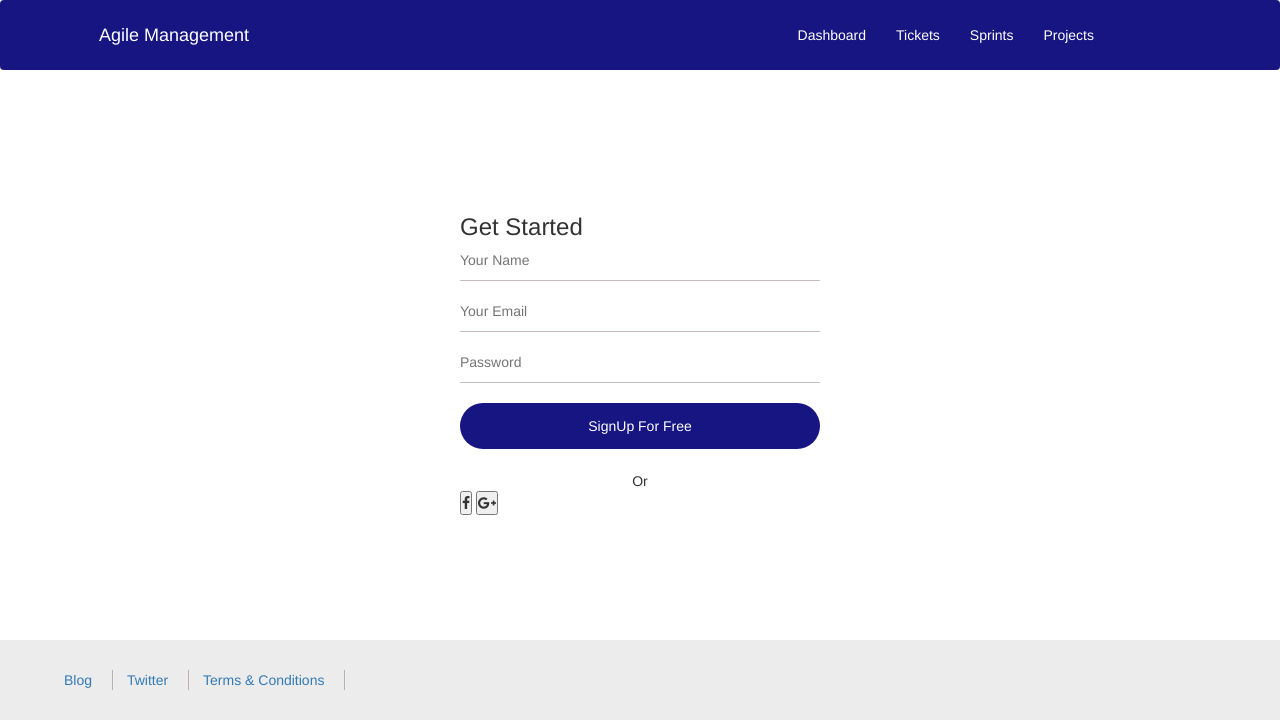
Repository: princexavier/agil
Page: http://localhost/Agile/
These files come from the project's save history. The page is drawn as it stood at one moment and after the next save; the edit follows.
The browser window is 1280 px wide. The pictures show the whole page.
Some web libraries are served in a nearby version. The page is served by Tomcat 9.

Above is the page before, as saved 2018-01-19 04:57:09.

After the next save:
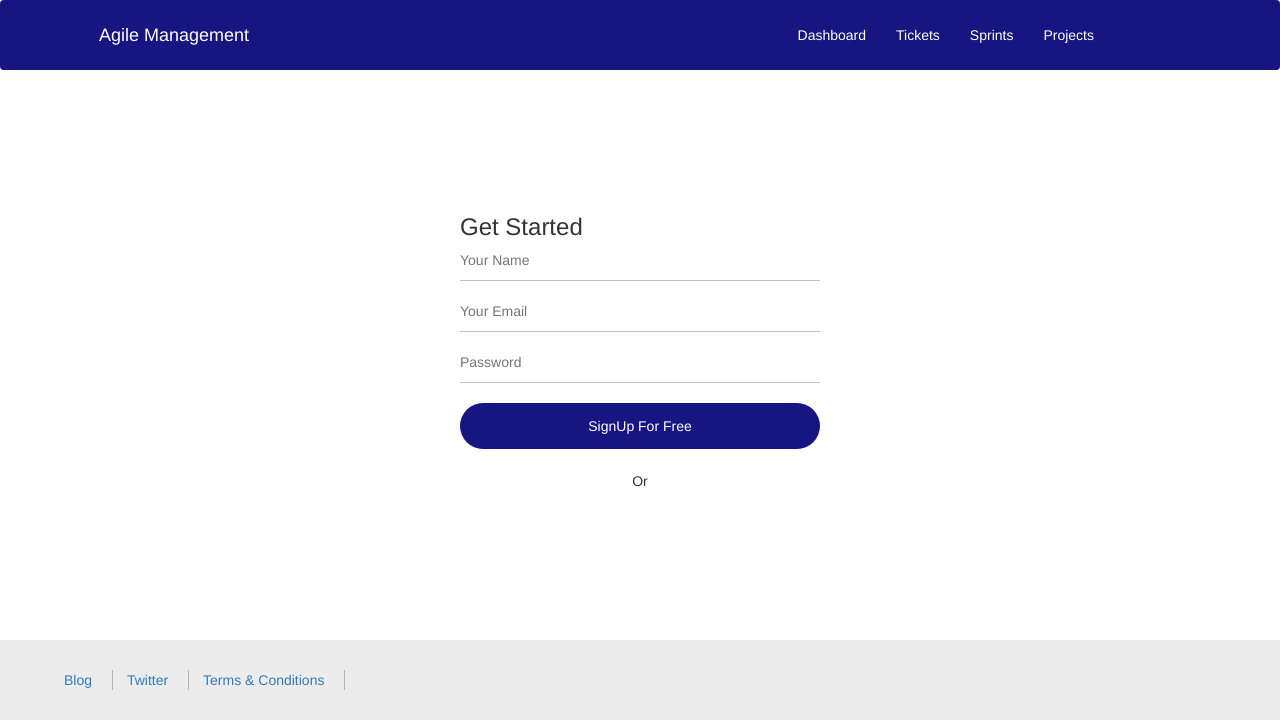
Saved 19 s later.
--- a/workspace/Agile/WebContent/index.jsp
+++ b/workspace/Agile/WebContent/index.jsp
@@ -43,8 +43,6 @@
     				<input type="text" placeholder="Password">
     				<button class="sign-up">SignUp For Free</button>
     				<span>Or</span>
-    				<button><i class="fa fa-facebook"></i></button>
-    				<button><i class="fa fa-google-plus"></i></button>
     			</form>
     		</div>
     		<div class="col-md-4"></div>
